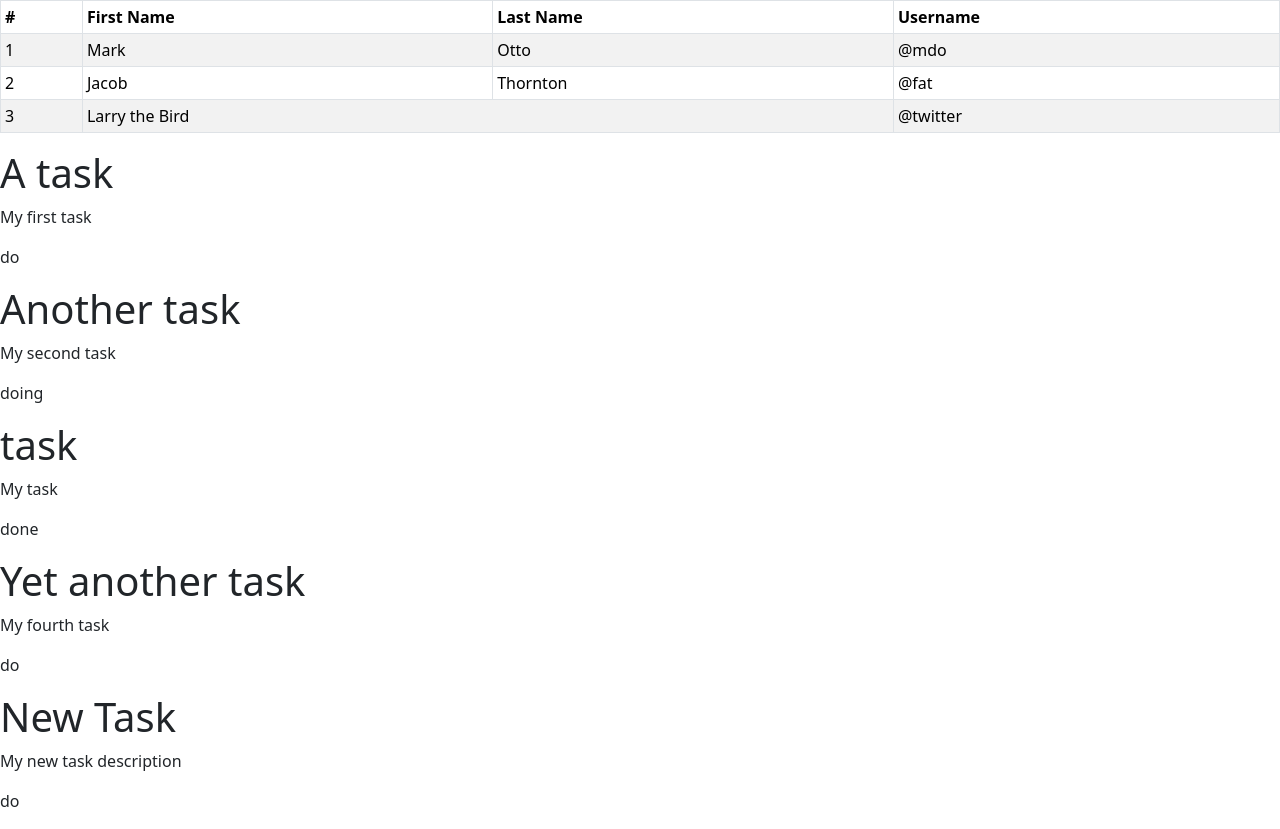
Repository: trider/react-task-app
Page: /tasks
These files come from the project's save history. The page is drawn as it stood at one moment and after the next save; the edit follows.
The browser window is 1280 px wide. The pictures show the whole page.
The project was rebuilt for these pictures with package versions that can differ from the ones it lists, and the page was loaded fresh each time. Also part of the build but not shown: src/pages/Login.js.

Above is the page before, as saved 2024-05-02 17:49:47.

### src/App.js

import 'bootstrap/dist/css/bootstrap.min.css';
import ReactDOM from "react-dom/client";
import { BrowserRouter, Routes, Route } from "react-router-dom";
import LoginForm from "./pages/Login";
import TaskList from "./pages/Task";


let App = () => {
  return (
    <div>
    <BrowserRouter>
      <Routes>
          <Route index element={<LoginForm />} />
          <Route path="login" element={<LoginForm />} />
          <Route path="tasks" element={<TaskList />} />
      </Routes>
    </BrowserRouter>






    </div>


  );
}


export default App;

### src/pages/Task.js
import Table from 'react-bootstrap/Table';

const userTasks= [
 {
   id: "6630ab326e723ac1ea6dce7a",
   description: "My first task",
   name: "A task",
   taskId: 1,
   user: "jonnygold",
   added: "2024-05-01T22:00:00.000Z",
   updated: "2024-05-01T14:16:01.119Z",
   status: "do",
   isActive: true
 },
 {
   id: "6630fe5d6e723ac1ea6dce7e",
   description: "My second task",
   name: "Another task",
   taskId: 2,
   user: "jonnygold",
   added: "2024-05-01T22:00:00.000Z",
   updated:"2024-05-01T14:16:01.119Z",
   status: "doing",
   isActive: true
 },
 {
   id: "6630fe826e723ac1ea6dce7f",
   description: "My task",
   name: "task",
   taskId: 3,
   user: "jonnygold",
   added: "2024-05-01T22:00:00.000Z",
   updated:"2024-05-01T14:16:01.119Z",
   status: "done",
   isActive: true
 },
 {
   id: "6631f17cc4c9b7f5ab3c28c3",
   name: "Yet another task",
   description: "My fourth task",
   user: "jonnygold",
   taskId: 4,
   added: "2024-05-01T22:00:00.000Z",
   updated:"2024-05-01T14:16:01.119Z",
   isActive: true,
   status: "do",

 },
 {
   id: "66323f0d54b80929f84ebdd2",
   user: "jonnygold",
   name: "New Task",
   description: "My new task description",
   status: "do",
   taskId: 5,
   added: "2024-05-01T22:00:00.000Z",
   updated:"2024-05-01T14:16:01.119Z",
   isActive: true,
 }

]

const TaskList = () => {
  return (
    <div>
      <Table striped bordered hover size="sm">
      <thead>
        <tr>
          <th>#</th>
          <th>First Name</th>
          <th>Last Name</th>
          <th>Username</th>
        </tr>
      </thead>
      <tbody>
        <tr>
          <td>1</td>
          <td>Mark</td>
          <td>Otto</td>
          <td>@mdo</td>
        </tr>
        <tr>
          <td>2</td>
          <td>Jacob</td>
          <td>Thornton</td>
          <td>@fat</td>
        </tr>
        <tr>
          <td>3</td>
          <td colSpan="2">Larry the Bird</td>
          <td>@twitter</td>
        </tr>
      </tbody>
    </Table>



      {userTasks.map((task) => (
        <div key={task.id}>
          <h1>{task.name}</h1>
          <p>{task.description}</p>
          <p>{task.status}</p>
        </div>
      ))}
    </div>
  );
}

export default TaskList;

Loaded but not shown: public/index.html (common file); src/index.js (common file); src/index.css (common file); src/reportWebVitals.js (common file)

After the next save:
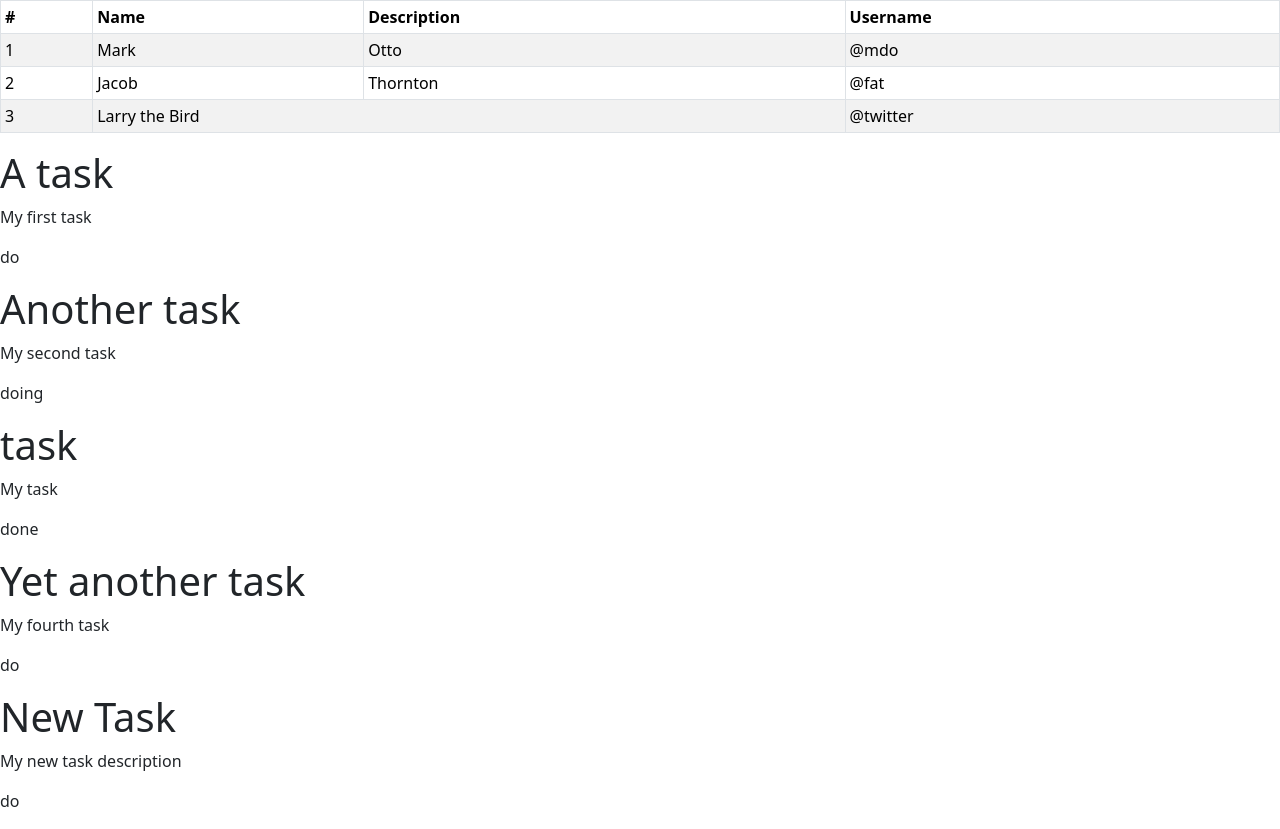
Saved 29 s later.
--- a/src/pages/Task.js
+++ b/src/pages/Task.js
@@ -67,8 +67,8 @@ const TaskList = () => {
       <thead>
         <tr>
           <th>#</th>
-          <th>First Name</th>
-          <th>Last Name</th>
+          <th>Name</th>
+          <th>Description</th>
           <th>Username</th>
         </tr>
       </thead>
